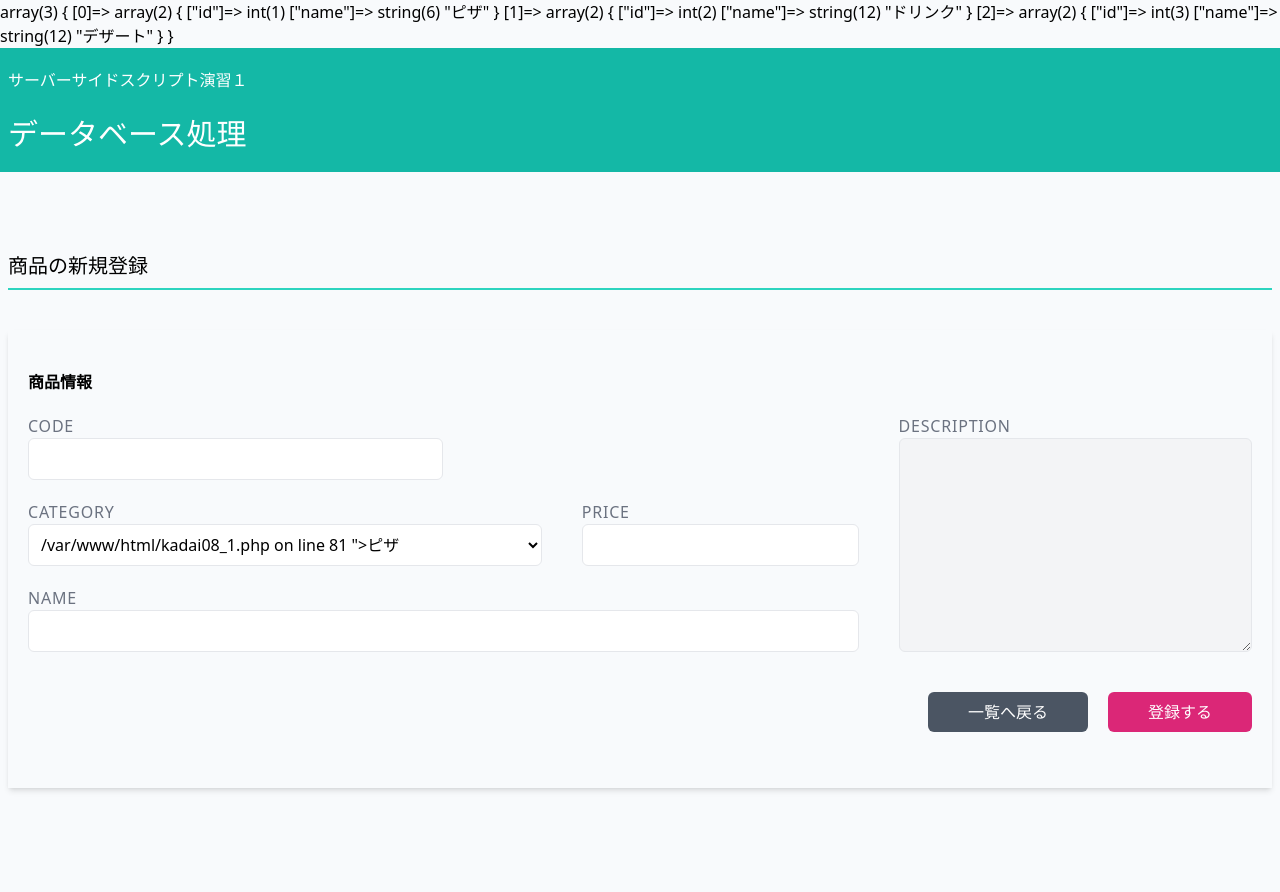
Repository: ShunKUN1182/STD_PHP
Page: http://localhost/kadai08_1.php
These files come from the project's save history. The page is drawn as it stood at one moment and after the next save; the edit follows.
The browser window is 1280 px wide. The pictures show the whole page.
Some web libraries are served in a nearby version. The page is run by PHP 8.4 with error messages shown; the project is at /var/www/html/. The database holds what the project's SQL file puts in it.

Above is the page before, as saved 2026-07-10 15:55:31.

### kadai08_1.php
<?php
require_once __DIR__ . "/utility.php";

try {
  $db = new PDO(DB_DSN,DB_USER,DB_PASS);

  //カテゴリー一覧の取得
  $table = TB_CATEGORIES;
  $sql = "SELECT * FROM {$table}";
  $stmt = $db->prepare($sql);
  $stmt->execute();
  $categorise = [];
  while($row = $stmt->fetch(PDO::FETCH_ASSOC)) {
    $categorise[] = $row;
  }
  var_dump($categorise);
}catch (PDOException $error) {
  $error->getMessage();
}

?>
<!DOCTYPE html>
<html lang="ja">
<head>
  <meta charset="UTF-8">
  <meta name="viewport" content="width=device-width, initial-scale=1.0">

  <!-- link -->
  <!-- <link href="css/style.css" rel="stylesheet"> -->

  <!-- script -->
  <script src="https://cdn.tailwindcss.com"></script>
  <title>php1 - kadai08_1</title>
</head>
<body class="bg-slate-50">
<div class="wrapper box-border">

<header class="bg-teal-500">
  <div class="container mx-auto px-2 py-5">
    <h1 class="text-l text-white mb-6"><a href="#">サーバーサイドスクリプト演習１</a></h1>
    <h2 class="text-3xl text-white">データベース処理</h2>
  </div><!--/.container-->
</header>

<main>
  <div class="container w-full h-full mx-auto px-2 py-20">

    <div class="mb-10">
      <h3 class="text-xl border-b-2 border-teal-400 pb-2 mb-5">商品の新規登録</h3>

      <!-- エラーメッセージ -->
      <!-- <p class="text-red-600">エラーメッセーの表示</p> -->

    </div>

    <div class="product-wrap px-5 py-10 shadow-md">
      <h4 class="font-bold mb-5">商品情報</h4>

      <form action="kadai08_2.php" method="POST">

        <div class="flex flex-col md:flex-row mb-10">
          <div class="flex-grow mr-0 md:mr-10 mb-5 md:mb-0">
            <div class="mb-5">
              <div class="flex flex-col w-6/12">
                <label for="product_code" class="text-gray-500 text-left uppercase tracking-wider">code</label>
                <input
                  type="text"
                  name="product_code"
                  id="product_code"
                  class="px-2 py-2 border rounded-md outline-none focus:border-green-200"
                  value=""
                >
              </div>
            </div>

            <div class="flex justify-between mb-5">
              <div class="flex flex-col flex-grow mr-10">
                <label for="category" class="text-gray-500 text-left uppercase tracking-wider">category</label>
                <select name="category" id="category" class="bg-white px-2 py-2 border  rounded-md outline-none focus:border-green-200">
                  <?php foreach($categorise as $category): ?>
                  <option value="<?= $category["category_id"] ?>"><?= $category["name"] ?></option>
                  <?php endforeach ?>
                </select>
              </div>
              <div class="flex flex-col w-4/12">
                <label for="price" class="text-gray-500 text-left uppercase tracking-wider">price</label>
                <input
                  type="text"
                  name="price"
                  id="price"
                  class="px-2 py-2 border rounded-md outline-none focus:border-green-200"
                  value=""
                >
              </div>
            </div>

            <div class="flex flex-col">
              <label for="name" class="text-gray-500 text-left uppercase tracking-wider">name</label>
              <input
                type="text"
                name="name"
                id="name"
                class="px-2 py-2 border rounded-md outline-none focus:border-green-200"
                value=""
              >
            </div>
          </div>

          <div class="flex flex-col items-stretch flex-grow">
            <label for="description" class="text-gray-500 text-left uppercase tracking-wider">description</label>
            <textarea name="description" id="description" class="w-full h-full text-lg px-2 bg-gray-100 py-2 border rounded-md" disabled></textarea>
          </div>
        </div>

        <div class="flex flex-col sm:flex-row justify-end">
          <a href="kadai06_1.php" class="text-white text-center leading-10 bg-gray-600 px-10 mr-0 sm:mr-5 hover:bg-gray-500 rounded-md">一覧へ戻る</a>
          <button type="submit" class="order-first sm:order-1 text-white text-center leading-10 bg-pink-600 px-10 mb-2 sm:mb-0 hover:bg-pink-500 rounded-md">登録する</button>
        </div>
      </form>

    </div><!--/.product-wrap-->

  </div><!--/.container-->
</main>

</div><!--/.wrapper-->
</body>
</html>

### utility.php
<?php
require_once __DIR__ . "/config.php";

//headers header関数を生成する

function headers(array $params): void {
  foreach ($params as $key => $param) {
    header("{$key}: {$param}");
  }
};

### config.php
<?php
// 定数などのサイトの設定を定義する

const SITE_NAME = "サーバーサイド1";

define("DOC_ROOT" , __DIR__);

const WEB_ROOT = "https://10.202.10.3/ecc/sfukusima/php1/";

//DB関連
const DB_DRIVER = "mysql";
const DB_HOST = "localhost";
const DB_NAME = "sfukusima";
const DB_USER = "sfukusima";
const DB_PASS = "eccMyAdmin";
const DB_CHAR = "utf8mb4";
const DB_DSN = DB_DRIVER.":host=".DB_HOST.";dbname=".DB_NAME.";charset=".DB_CHAR;

//テーブル関係
const TB_ZIP = "php1_zip";
const TB_PRODUCTS = "php1_products";
const TB_CATEGORIES = "php1_categories";
?>

### database/Categories.sql (the tables this page reads)
CREATE TABLE  php1_categories(
    `id`   INT UNSIGNED AUTO_INCREMENT PRIMARY KEY,    
    `name` VARCHAR(64)  NOT NULL                       
);

INSERT INTO php1_categories( `name` ) VALUES 
    ( 'ピザ' ),
    ( 'ドリンク' ),
    ( 'デザート' );

After the next save:
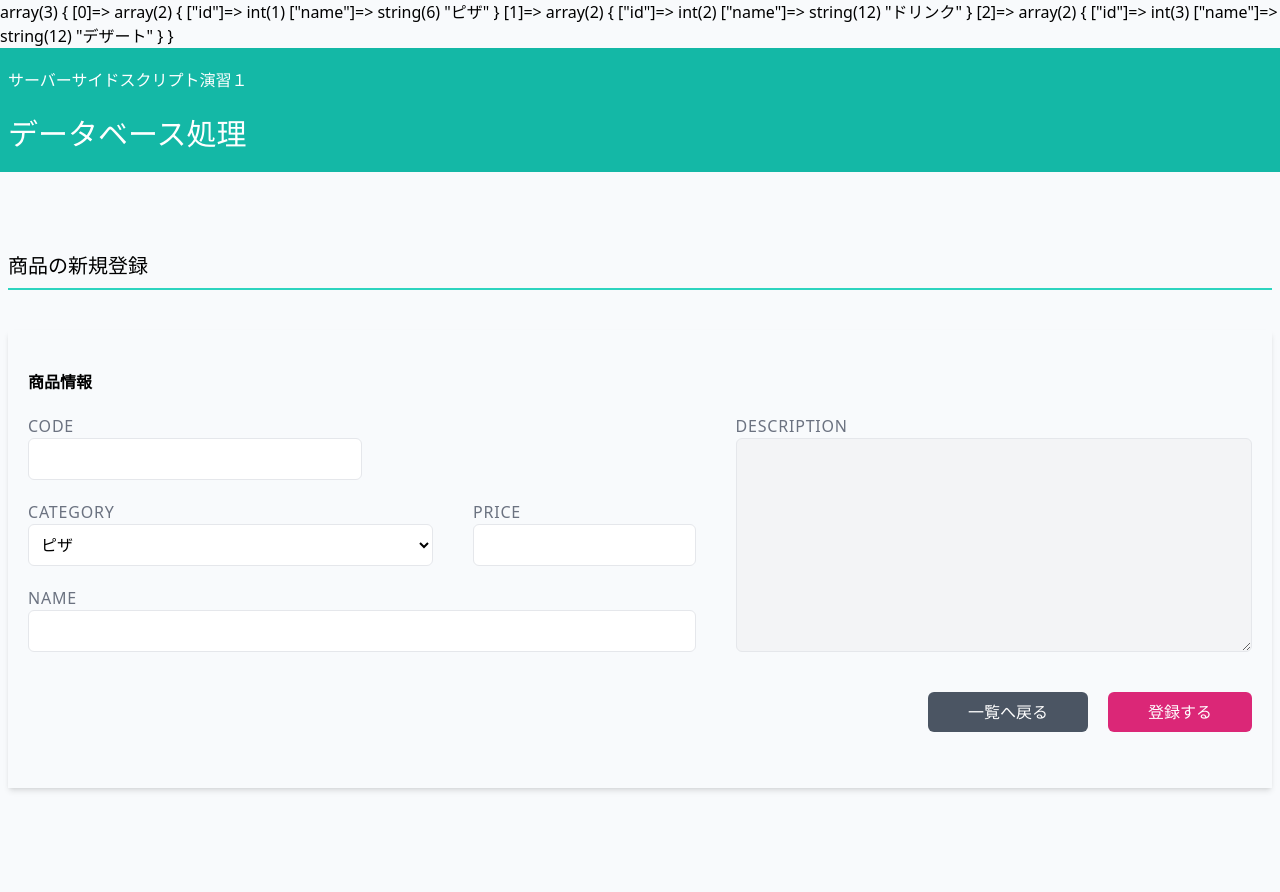
Saved 17 s later.
--- a/kadai08_1.php
+++ b/kadai08_1.php
@@ -78,7 +78,7 @@ try {
                 <label for="category" class="text-gray-500 text-left uppercase tracking-wider">category</label>
                 <select name="category" id="category" class="bg-white px-2 py-2 border  rounded-md outline-none focus:border-green-200">
                   <?php foreach($categorise as $category): ?>
-                  <option value="<?= $category["category_id"] ?>"><?= $category["name"] ?></option>
+                  <option value="<?= $category["id"] ?>"><?= $category["name"] ?></option>
                   <?php endforeach ?>
                 </select>
               </div>
